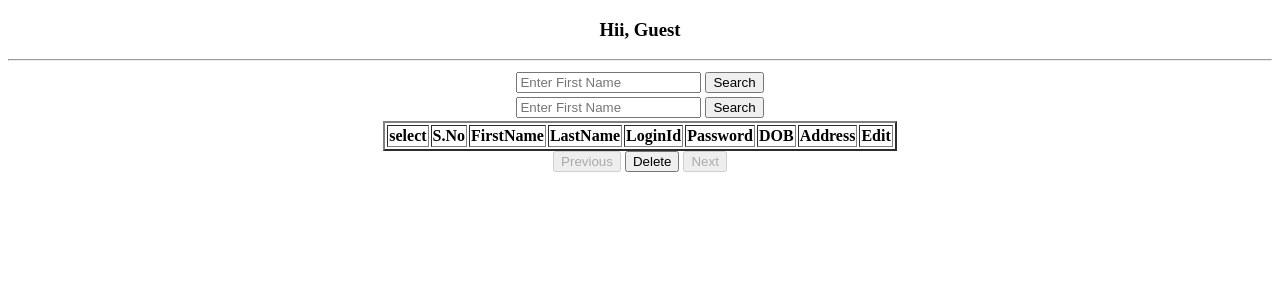
Repository: Jatdevta/AdvanceJava
Page: http://localhost/DynamicProject/UserListCtl
An editor plug-in stored every save of this project. The page is shown before and after the next save, followed by the edit.
The browser window is 1280 px wide. The pictures show the whole page.
The page is served by Tomcat 9. Other server files are loaded and not shown. Queries for data that is not in the repository find no rows.

Above is the page before, as saved 2023-08-23 09:04:52.

### Advancejava/DynamicProject/WebContent/UserListView.jsp
<%@page import="java.util.List"%>
<%@page import="java.util.Iterator"%>
<%@ page language="java" contentType="text/html; charset=ISO-8859-1"
	pageEncoding="ISO-8859-1"%>
<!DOCTYPE html>
<html>
<head>
<center>
	<meta charset="ISO-8859-1">
	<title>Insert title here</title>
</head>
<body>
	<form action="UserListCtl" method="post">

		<%@ include file="Header.jsp"%>
		<%
			List list = (List) request.getAttribute("list");
			int pageNo = (int) request.getAttribute("pageNo");
			int nextListSize = (int) request.getAttribute("nextListSize");
			int index = ((pageNo - 1) * 5) + 1;
			Iterator it = list.iterator();

		%>
		<table>

		<tr>

				<th><input type="text" placeholder="Enter First Name" name="DOB"></th>
				<td><input type="submit" name="operation" value="Search"></td>

			</tr>
			<tr>

				<th><input type="text" placeholder="Enter First Name" name="firstName"></th>
				<td><input type="submit" name="operation" value="Search"></td>

			</tr>
		</table>


		<table border="2">


			<tr>

				<th>select</th>
				<th>S.No</th>
				<th>FirstName</th>
				<th>LastName</th>
				<th>LoginId</th>
				<th>Password</th>
				<th>DOB</th>
				<th>Address</th>
				<th>Edit</th>

			</tr>
			<%
				while (it.hasNext()) {
					bean = (UserBean) it.next();
			%>
			<tr>

				<td ><input type="checkbox" name="ids" value="<%=bean.getId()%>"></td>
				<td><%=index++%></td>
				<td><%=bean.getFirstName()%></td>
				<td><%=bean.getLastName()%></td>
				<td><%=bean.getLoginId()%></td>
				<td><%=bean.getPassword()%></td>
				<td><%=bean.getDob()%></td>
				<td><%=bean.getAddress()%></td>
				<td><a href="UserCtl?id=<%=bean.getId()%>">edit</a></td>
			</tr>
			<%
				}
			%>

			</center>
		</table>

		<tr>


			<td><input type="hidden" name="pageNo" value="<%=pageNo%>"></td>

			<td><input type="submit" name="operation" value="Previous"
				<%=(pageNo != 1) ? "" : "disabled"%>></td>
					<td><input type="submit" name="operation" value="Delete"></td>
			<td><input type="submit" name="operation" value="Next"
				<%=(nextListSize != 0) ? "" : "disabled"%>></td>


		</tr>

	</form>
</body>
</html>

### Advancejava/DynamicProject/WebContent/Header.jsp
<%@page import="in.co.rays.model.UserModel"%>
<%@page import="in.co.rays.bean.UserBean"%>
<%@ page language="java" contentType="text/html; charset=ISO-8859-1"
	pageEncoding="ISO-8859-1"%>
<!DOCTYPE html>
<html>
<head>
<meta charset="ISO-8859-1">
<title>Insert title here</title>
</head>
<body>
	<%
		UserBean bean = (UserBean) session.getAttribute("user");

	%>

	<%
	if(bean !=null) {

	%>
	<h3>
		Hi....!!!,
		<%=bean.getFirstName()  %>   </h3>
	<a href="UserListCtl">UserList</a>
	<a a href= "MarksheetListCtl">MarkList</a>
<a href="LoginCtl?operation=Logout">Logout</a>
	<a href="LoginCtl?operation=Logout">Logout </a>

	<%} else { %>

	<h3>Hii, Guest</h3>
	<%} %>
	<hr>

</body>
</html>

### Advancejava/DynamicProject/src/in/co/rays/ctl/UserListCtl.java
package in.co.rays.ctl;

import java.io.IOException;
import java.util.List;

import javax.servlet.RequestDispatcher;
import javax.servlet.ServletException;
import javax.servlet.annotation.WebServlet;
import javax.servlet.http.HttpServlet;
import javax.servlet.http.HttpServletRequest;
import javax.servlet.http.HttpServletResponse;

import in.co.rays.bean.UserBean;
import in.co.rays.model.UserModel;
@WebServlet("/UserListCtl")
public class UserListCtl extends HttpServlet{

	@Override
	protected void doGet(HttpServletRequest req, HttpServletResponse resp) throws ServletException, IOException {

		UserModel model = new UserModel();
		int pageNo =1;
		int pageSize =5;

		try {

          List list= model.search(null, pageNo, pageSize);

          List nextList = model.search(null, pageNo +1, pageSize);

			req.setAttribute("list", list);
			req.setAttribute("pageNo", pageNo);
			req.setAttribute("nextListSize", nextList.size());
			RequestDispatcher rd = req.getRequestDispatcher("UserListView.jsp");
			rd.forward(req, resp);

		} catch (Exception e) {
          e.printStackTrace();
		}

	}
	@Override
	protected void doPost(HttpServletRequest req, HttpServletResponse resp) throws ServletException, IOException {




		String op = req.getParameter("operation");

		int pageNo = Integer.parseInt(req.getParameter("pageNo"));

		int pageSize = 5;

		UserBean bean = new UserBean();

		UserModel model = new UserModel();


		if (op.equals("Search")) {


	     	String firstName = req.getParameter("firstName");

	     	bean.setFirstName(firstName);

		}

		if (op.equals("Next")) {
			pageNo++;

		}
		if (op.equals("Previous")) {
           pageNo--;
		}
		if (op.equals("Delete")) {

			String[] ids = req.getParameterValues("ids");
			for (String  id : ids) {
				try {
					model.delete(Integer.parseInt(id));
				} catch (Exception e) {
					// TODO Auto-generated catch block
					e.printStackTrace();
				}
			}
			}



		try {
		List list =	model.search(bean, pageNo, pageSize);

		 List nextList = model.search(bean, pageNo, pageSize);

		req.setAttribute("list", list);

		req.setAttribute("pageNo", pageNo);

		req.setAttribute("nextListSize", nextList.size());

			RequestDispatcher rd = req.getRequestDispatcher("UserListView.jsp");

			rd.forward(req, resp);

		} catch (Exception e) {

			e.printStackTrace();
		}


	}

	}

### Advancejava/DynamicProject/src/in/co/rays/model/UserModel.java
package in.co.rays.model;

import java.sql.Connection;
import java.sql.DriverManager;
import java.sql.PreparedStatement;
import java.sql.ResultSet;
import java.util.ArrayList;
import java.util.List;

import in.co.rays.bean.UserBean;
import in.co.rays.util.JDBCDataSource;

public class UserModel {

	public Integer nextPk() throws Exception {
		int Pk = 0;

		Class.forName("com.mysql.cj.jdbc.Driver");
		Connection cn = DriverManager.getConnection("jdbc:mysql://localhost:3306/advance_java", "root", "root");

	//	Connection cn = JDBCDataSource.getConnection();


		PreparedStatement ps = cn.prepareStatement("select max(id) from user");

		ResultSet rs = ps.executeQuery();

		while (rs.next()) {

			Pk = rs.getInt(1);
		}

		return Pk + 1;

	}

	public void add(UserBean bean) throws Exception {

		Class.forName("com.mysql.cj.jdbc.Driver");

		Connection cn = DriverManager.getConnection("jdbc:mysql://localhost:3306/advance_java", "root", "root");
		PreparedStatement ps = cn.prepareStatement("insert into user values(?,?,?,?,?,?,?)");
		ps.setInt(1, nextPk());
		// ps.setInt(1,bean.getId());
		ps.setString(2, bean.getFirstName());
		ps.setString(3, bean.getLastName());
		ps.setString(4, bean.getLoginId());
		ps.setString(5, bean.getPassword());
     	ps.setDate(6, new java.sql.Date(bean.getDob().getTime()));
    	ps.setString(7, bean.getAddress());


		int i = ps.executeUpdate();

		System.out.println("Data inserted " + i);
	}

	public void update(UserBean bean) throws Exception {
		Class.forName("com.mysql.cj.jdbc.Driver");

		Connection cn = DriverManager.getConnection("jdbc:mysql://localhost:3306/advance_java", "root", "root");
		PreparedStatement ps = cn.prepareStatement("update user set FirstName =?,LastName = ?,LoginId = ?,Password = ?,DOB = ?,Address = ? where id = ?");

		ps.setString(1, bean.getFirstName());
		ps.setString(2, bean.getLastName());
		ps.setString(3, bean.getLoginId());
		ps.setString(4, bean.getPassword());
	   ps.setDate(5, new java.sql.Date(bean.getDob().getTime()));
		ps.setString(6, bean.getAddress());
		ps.setInt(7, bean.getId());

		int i = ps.executeUpdate();

		System.out.println("Data updated " + i);

	}

	public UserBean findByPk(int id) throws Exception {

		Class.forName("com.mysql.cj.jdbc.Driver");
		Connection con = DriverManager.getConnection("jdbc:mysql://localhost:3306/advance_java", "root", "root");
		PreparedStatement ps = con.prepareStatement("select * from user where id =?");

		ps.setInt(1, id);

		ResultSet rs = ps.executeQuery();

		UserBean bean = null;

		while (rs.next()) {
			bean = new UserBean();

			bean.setId(rs.getInt(1));
			bean.setFirstName(rs.getString(2));
			bean.setLastName(rs.getString(3));
			bean.setLoginId(rs.getString(4));
			bean.setPassword(rs.getString(5));
			bean.setDob(rs.getDate(6));
			bean.setAddress(rs.getString(7));


		}
		return bean;

	}




	public List search(UserBean bean, int pageNo, int pageSize) throws Exception {

		Class.forName("com.mysql.cj.jdbc.Driver");

		Connection conn = DriverManager.getConnection("jdbc:mysql://localhost:3306/advance_java", "root", "root");

		StringBuffer sql = new StringBuffer("select * from user where 1=1");

		if (bean != null) {

			if (bean.getFirstName() != null && bean.getFirstName().length() > 0) {

				sql.append(" and FirstName like '" + bean.getFirstName() + "%'");

			}
			if (bean.getId() != 0 && bean.getId() > 0) {

				sql.append(" and id = " + bean.getId());

			}
			if (bean.getLoginId() != null && bean.getLoginId().length() > 0) {

				sql.append(" and LoginId like '" + bean.getLoginId() + "%'");
			}

			if (bean.getDob() != null && bean.getDob().getTime() > 0) {

				sql.append(" and DOB like '" + new java.sql.Date(bean.getDob().getTime()) + "%'");

			}
			if (bean.getAddress() != null && bean.getAddress().length()>0) {
				sql.append(" and Address like '" + bean.getAddress() + "%'");
			}

		}
			if (pageSize > 0) {

				pageNo = (pageNo - 1) * pageSize;

				sql.append(" limit " + pageNo + " , " + pageSize);


		}

		System.out.println(sql.toString());

		PreparedStatement ps = conn.prepareStatement(sql.toString());

		ResultSet rs = ps.executeQuery();

		List list = new ArrayList();

		while (rs.next()) {

			bean = new UserBean();
			bean.setId(rs.getInt(1));
			bean.setFirstName(rs.getString(2));
			bean.setLastName(rs.getString(3));
			bean.setLoginId(rs.getString(4));
			bean.setPassword(rs.getString(5));
			bean.setDob(rs.getDate(6));
			bean.setAddress(rs.getString(7));

			list.add(bean);

		}

		return list;

	}

	public UserBean findByloginId(String loginId) throws Exception {

		Class.forName("com.mysql.cj.jdbc.Driver");
		Connection con = DriverManager.getConnection("jdbc:mysql://localhost:3306/advance_java", "root", "root");
		PreparedStatement ps = con.prepareStatement("select * from user where loginId =?");

		ps.setString(1, loginId);


		ResultSet rs = ps.executeQuery();

		UserBean bean = null;

		while (rs.next()) {
			bean = new UserBean();

			bean.setId(rs.getInt(1));
			bean.setFirstName(rs.getString(2));
			bean.setLastName(rs.getString(3));
			bean.setLoginId(rs.getString(4));
			bean.setPassword(rs.getString(5));
			bean.setDob(rs.getDate(6));
			bean.setAddress(rs.getString(7));


		}
		return bean;

	}

	public UserBean authenticate(String loginId,String password) throws Exception {

		Class.forName("com.mysql.cj.jdbc.Driver");
		Connection con = DriverManager.getConnection("jdbc:mysql://localhost:3306/advance_java", "root", "root");
		PreparedStatement ps = con.prepareStatement("select * from user where LoginId =? and Password =?");

		ps.setString(1, loginId);
		ps.setString(2, password);

		ResultSet rs = ps.executeQuery();

		UserBean bean = null;

		while (rs.next()) {
			bean = new UserBean();

			bean.setId(rs.getInt(1));
			bean.setFirstName(rs.getString(2));
			bean.setLastName(rs.getString(3));
			bean.setLoginId(rs.getString(4));
			bean.setPassword(rs.getString(5));
			bean.setDob(rs.getDate(6));
			bean.setAddress(rs.getString(7));


		}
		return bean;

	}
public void delete(int id) throws Exception {

		Connection con = JDBCDataSource.getConnection();

		PreparedStatement ps = con.prepareStatement("Delete from user where id =?");

		ps.setInt(1, id);

		int i  = ps.executeUpdate();
		 System.out.println("Data Deleted = "+i);

}
}

After the next save:
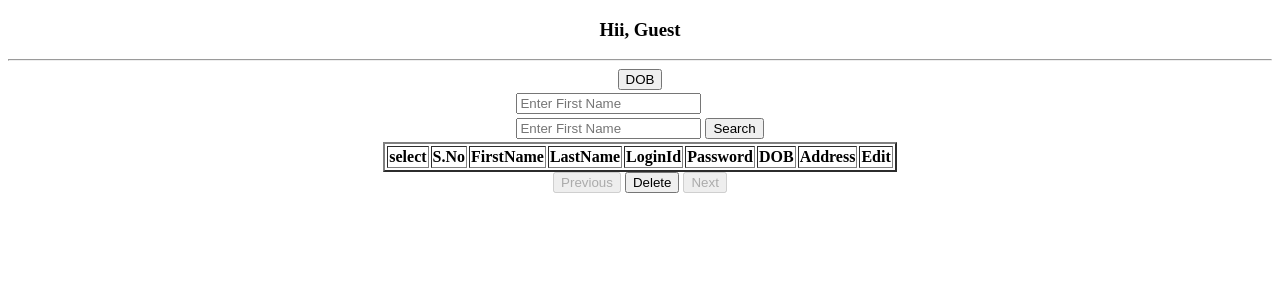
Saved 75 s later.
--- a/Advancejava/DynamicProject/WebContent/UserListView.jsp
+++ b/Advancejava/DynamicProject/WebContent/UserListView.jsp
@@ -26,7 +26,7 @@
 		<tr>
 
 				<th><input type="text" placeholder="Enter First Name" name="DOB"></th>
-				<td><input type="submit" name="operation" value="Search"></td>
+				<input type="submit" name="operation" value="DOB">
 
 			</tr>
 			<tr>
